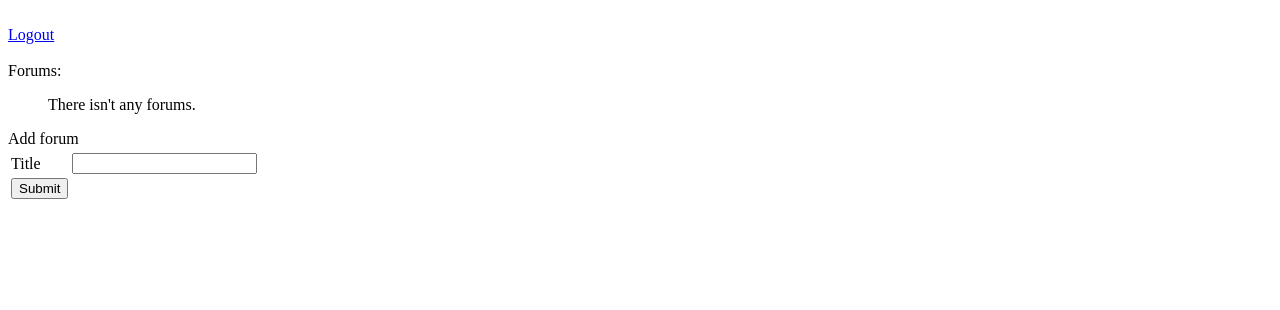
Repository: TeodorZlatev/Homework
Page: http://localhost/Web/forum.jsp
An editor plug-in stored every save of this project. The page is shown before and after the next save, followed by the edit.
The browser window is 1280 px wide. The pictures show the whole page.
The page is served by Tomcat 9. Queries for data that is not in the repository find no rows.

Above is the page before, as saved 2016-04-26 07:35:14.

After the next save:
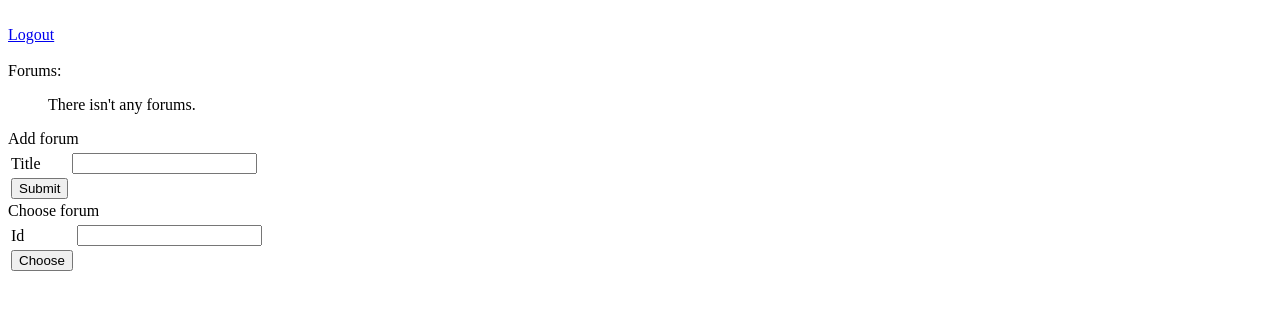
Saved 83 min 14 s later.
--- a/HomeworkWeb/Web/WebContent/forum.jsp
+++ b/HomeworkWeb/Web/WebContent/forum.jsp
@@ -44,6 +44,20 @@
 			</tr>
 		</table>
 	</form>
+	<form action="AllTopics" method="post">
+		<table>
+			<tr>Choose forum
+			</tr>
+			<tr>
+				<td>Id</td>
+				<td><input type="text" name="forumId" /></td>
+			</tr>
+
+			<tr>
+				<td><input type="submit" value="Choose" /></td>
+			</tr>
+		</table>
+	</form>
 
 </body>
 </html>
